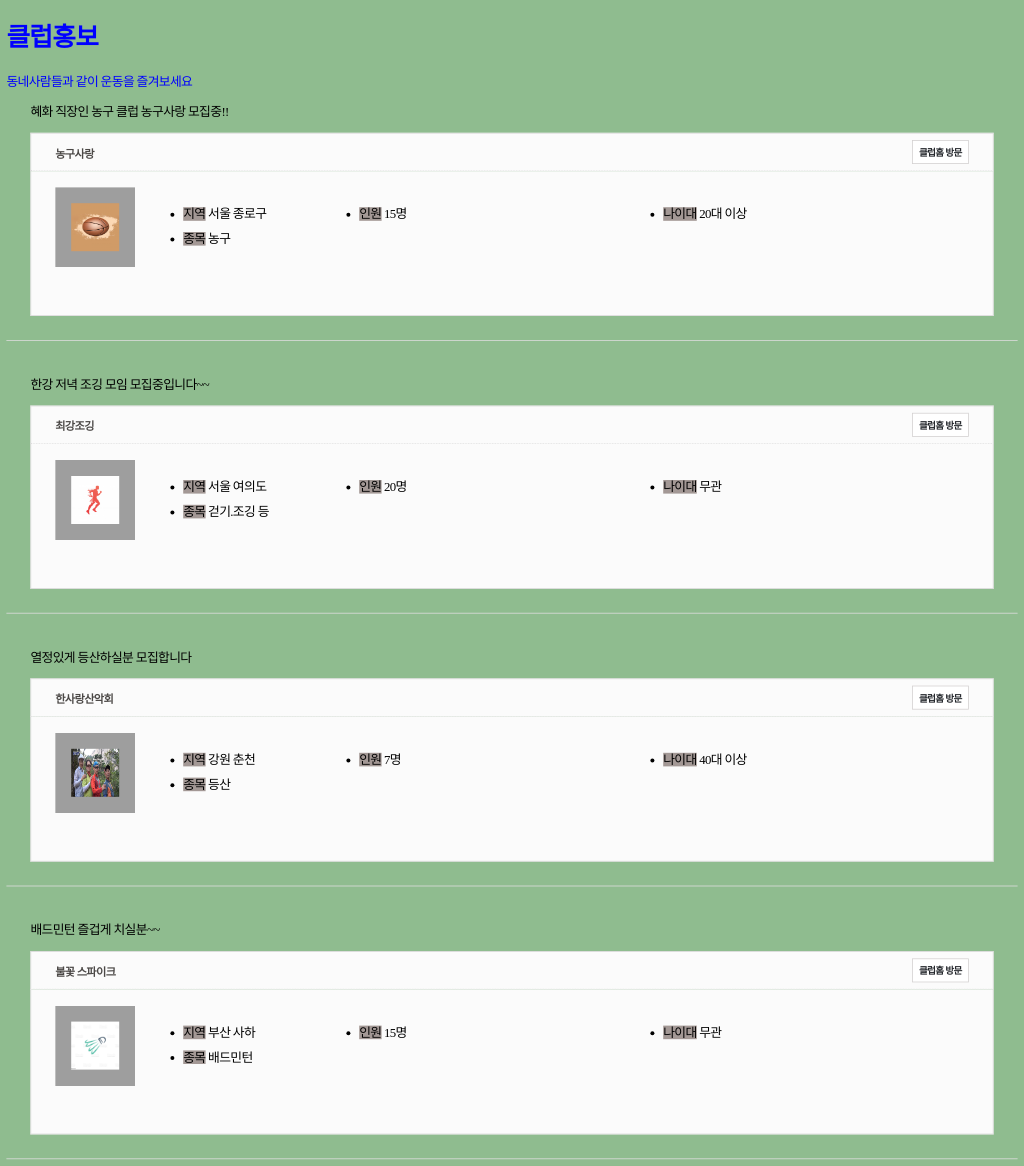
Repository: jaemin333/study
Page: club.html
These files come from the project's save history. The page is drawn as it stood at one moment and after the next save; the edit follows.
The browser window is 1280 px wide. The pictures show the whole page, at 80% of full size.
Pictures or frames that could not be fetched are drawn as grey boxes.

Above is the page before, as saved 2021-07-02 21:58:10.

### club.html
<!DOCTYPE html>
<html lang="ko">
<head>
    <meta charset="UTF-8">
    <meta http-equiv="X-UA-Compatible" content="IE=edge">
    <meta name="viewport" content="width=device-width, initial-scale=1.0">
    <link rel ="stylesheet" type = "text/css" href = "style.css">
    <title>club</title>
</head>
<body>
    <div class="title">
        <h1 class="h1">클럽홍보</h1>
        <span class = "sentence">동네사람들과 같이 운동을 즐겨보세요</span>
    </div>

    <div class = "clubList">
    <div class = "clubBox">
        <p class = "clubTip">
            <a>혜화 직장인 농구 클럽 농구사랑 모집중!!</a>
        </p>
    <div class ="cbClubName">
        <a>농구사랑</a>
        <a class ="iButton">클럽홈 방문</a>
    </div>

    <div class ="cbInfo">
        <div class="cbMark">
            <span class="clubmark">
                <img src = "bask.png" width="60" height=60">
        </div>
    <ul>
        <li>
            <span class = "info dark">지역</span>
             서울 종로구
        </li>
        <li style = "width:380px;">
            <span class = "info dark">인원</span>
             15명
        </li>
        <li style = "width:380px;">
            <span class = "info dark">나이대</span>
             20대 이상
        </li>
        <li style = "width:380px;">
            <span class = "info dark">종목</span>
             농구
        </li>
    </ul>
    </div>
    </div>
    </div>

    <div class = "clubList">
        <div class = "clubBox">
            <p class = "clubTip">
                <a>한강 저녁 조깅 모임 모집중입니다~~</a>
            </p>
        <div class ="cbClubName">
            <a>최강조깅</a>
            <a class ="iButton">클럽홈 방문</a>
        </div>

        <div class ="cbInfo">
            <div class="cbMark">
                <span class="clubmark">
                    <img src = "run.jpg" width="60" height="60">
            </div>
        <ul>
            <li>
                <span class = "info dark">지역</span>
                 서울 여의도
            </li>
            <li style = "width:380px;">
                <span class = "info dark">인원</span>
                 20명
            </li>
            <li style = "width:380px;">
                <span class = "info dark">나이대</span>
                 무관
            </li>
            <li style = "width:380px;">
                <span class = "info dark">종목</span>
                 걷기.조깅 등
            </li>
        </ul>
        </div>
        </div>
        </div>

        <div class = "clubList">
            <div class = "clubBox">
                <p class = "clubTip">
                    <a>열정있게 등산하실분 모집합니다</a>
                </p>
            <div class ="cbClubName">
                <a>한사랑산악회</a>
                <a class ="iButton">클럽홈 방문</a>
            </div>

            <div class ="cbInfo">
                <div class="cbMark">
                    <span class="clubmark">
                        <img src = "hike.png" width="60" height="60">
                </div>
            <ul>
                <li>
                    <span class = "info dark">지역</span>
                     강원 춘천
                </li>
                <li style = "width:380px;">
                    <span class = "info dark">인원</span>
                     7명
                </li>
                <li style = "width:380px;">
                    <span class = "info dark">나이대</span>
                     40대 이상
                </li>
                <li style = "width:380px;">
                    <span class = "info dark">종목</span>
                     등산
                </li>
            </ul>
            </div>
            </div>
            </div>


            <div class = "clubList">
                <div class = "clubBox">
                    <p class = "clubTip">
                        <a>배드민턴 즐겁게 치실분~~</a>
                    </p>
                <div class ="cbClubName">
                    <a>불꽃 스파이크</a>
                    <a class ="iButton">클럽홈 방문</a>
                </div>

                <div class ="cbInfo">
                    <div class="cbMark">
                        <span class="clubmark">
                            <img src = "badminton.jpg" width="60" height="60">
                    </div>
                <ul>
                    <li>
                        <span class = "info dark">지역</span>
                         부산 사하
                    </li>
                    <li style = "width:380px;">
                        <span class = "info dark">인원</span>
                         15명
                    </li>
                    <li style = "width:380px;">
                        <span class = "info dark">나이대</span>
                         무관
                    </li>
                    <li style = "width:380px;">
                        <span class = "info dark">종목</span>
                         배드민턴
                    </li>
                </ul>
                </div>
                </div>
                </div>








</body>
</html>

### style.css
div {
    display:block;
}



body {
    background-color: darkseagreen;
    word-break: break-all;
    -ms-word-break: break-all;
    letter-spacing: -0.050em;
}


.clubBox{
    position: relative;
    padding: 25px 30px 30px 30px;
    border-bottom: 1px solid #dddddd;
}


ul{
    display: block;
    margin-block-start: 1em;
    margin-block-end: 1em;
    margin-inline-start: 0px;
    margin-inline-end: 0px;
    padding-inline-start: 40px;
}

.clubBox li .info.dark{
    background-color: #a39895;
}

.iButton {
    display: inline-block;
    height: 18px;
    padding: 5px 8px;
    font-size: 12px;
    font-weight: bold;
    color: #24272c;
    text-align: center;
    background-color: white;
    border: 1px solid #d4d1d1;
}

.clubBox .iButton {
    position: absolute;
    top: 8px;
    right: 30px;
}

li {
    display: list-item;
    text-align: -webkit-match-parent;
}

.clubBox .cbInfo li {
    float: left;
    width: 220px;
    margin: 4px 0 3px 0;
    font-size: 16px;
    color: black;
}

.cbClubName {
    padding-bottom: 10px;
}

.clubBox .cbInfo {
    position: relative;
    padding: 20px;
    padding-left: 150px;
    border: 1px solid #dadada;
    border-top: 0;
    background-color: #fbfbfb;
    height:140px;
}

.clubBox .clubTit {
    margin-bottom: 15px;
    font-size: 16px;
    font-weight: bold;
    color: black;
}

p {
    display: block;
    margin-block-start: 1em;
    margin-block-end: 1em;
    margin-inline-start: 0px;
    margin-inline-end: 0px;
}

.clubBox .cbClubName {
    position: relative;
    padding: 14px 30px 12px 30px;
    font-size: 14px;
    font-weight: bold;
    color: #4b4846;
    border: 1px solid #dadada;
    border-bottom: 1px dotted #dddddd;
    background-color: #fbfbfb;
}

.clubBox .cbMark {
    position: absolute;
    top: 20px;
    left: 30px;
    background: url(https://img.sa.nexon.com/assets/clan/clamark_bg.jpg) no-repeat;
    width: 60px;
    height: 60px;
    padding: 20px 20px;
}

.clubTip a {
    color: black;
    text-decoration: none;
}

.title {
    position: relative;
    height: 39px;
    margin: 0 0 25px 0;
    font-size: 16px;
    color: blue;
}

After the next save:
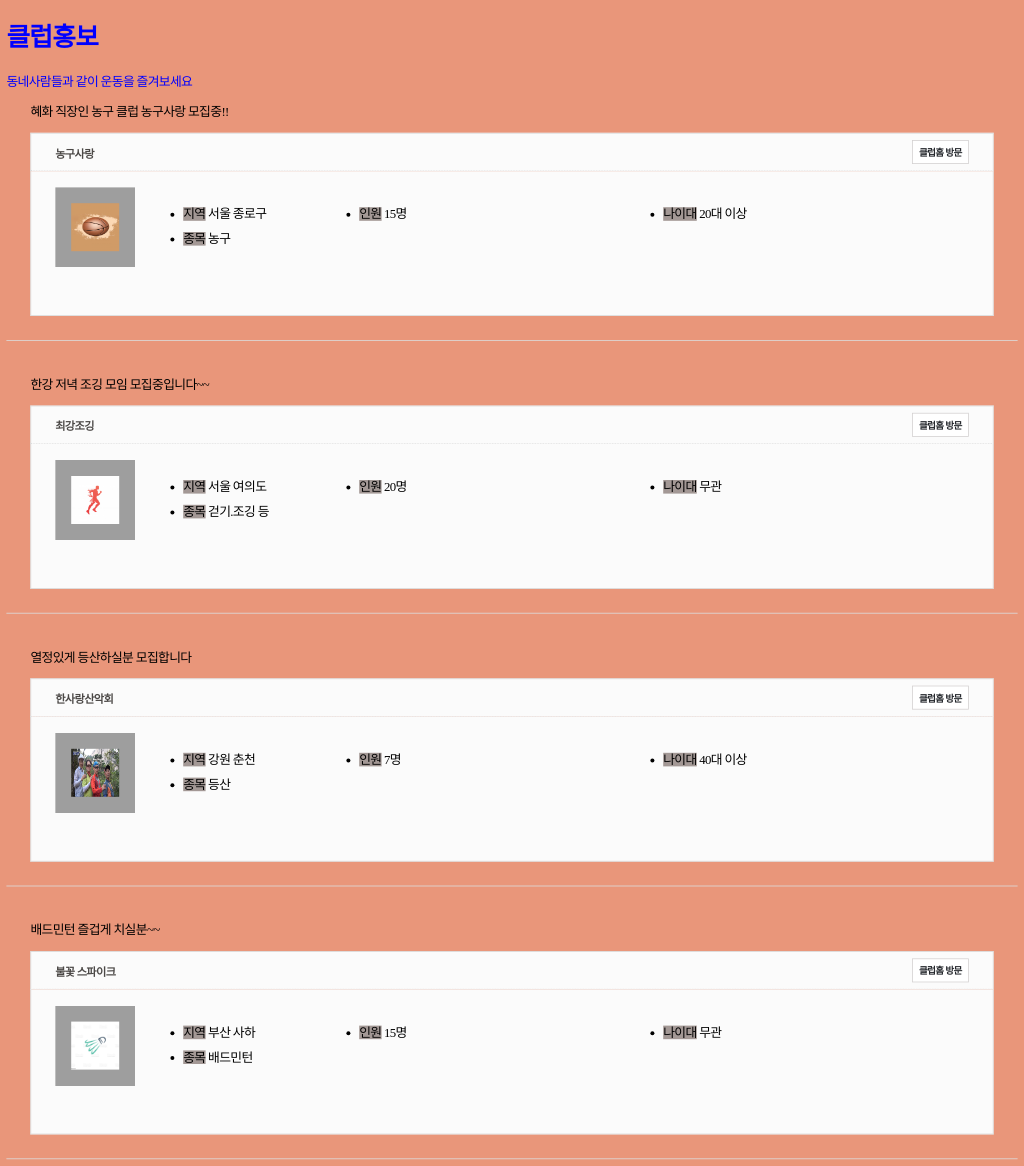
Saved 16 s later.
--- a/style.css
+++ b/style.css
@@ -5,7 +5,7 @@ div {
 
 
 body {
-    background-color: darkseagreen;
+    background-color: darksalmon;
     word-break: break-all;
     -ms-word-break: break-all;
     letter-spacing: -0.050em;
